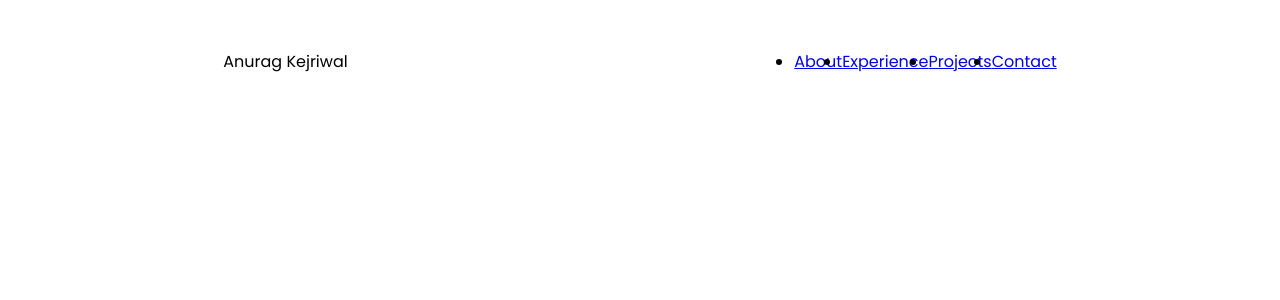
Repository: anuragkej/OldPortfolio
Page: index.html
An editor plug-in stored every save of this project. The page is shown before and after the next save, followed by the edit.
The browser window is 1280 px wide. The pictures show the whole page.

Above is the page before, as saved 2024-05-25 20:18:08.

After the next save:
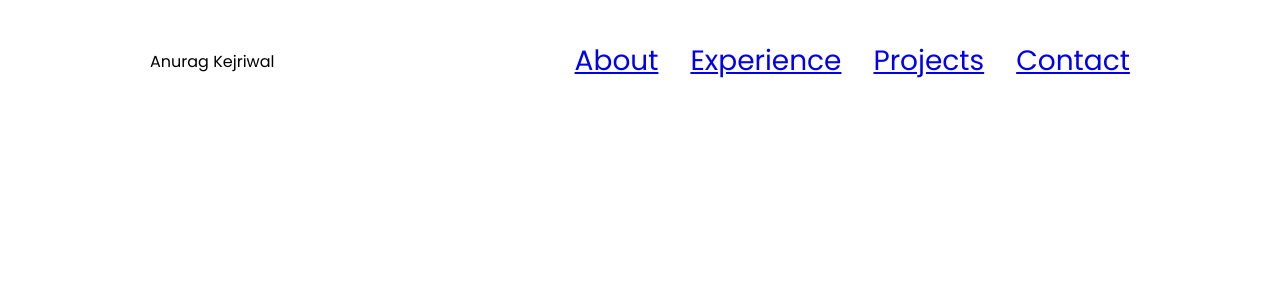
Saved 86 s later.
--- a/style.css
+++ b/style.css
@@ -37,3 +37,9 @@
     align-items: center;
     height: 17vh;
 }
+
+.nav-links{
+    gap: 2rem;
+    list-style: none;
+    font-size: 1.75rem;
+}
